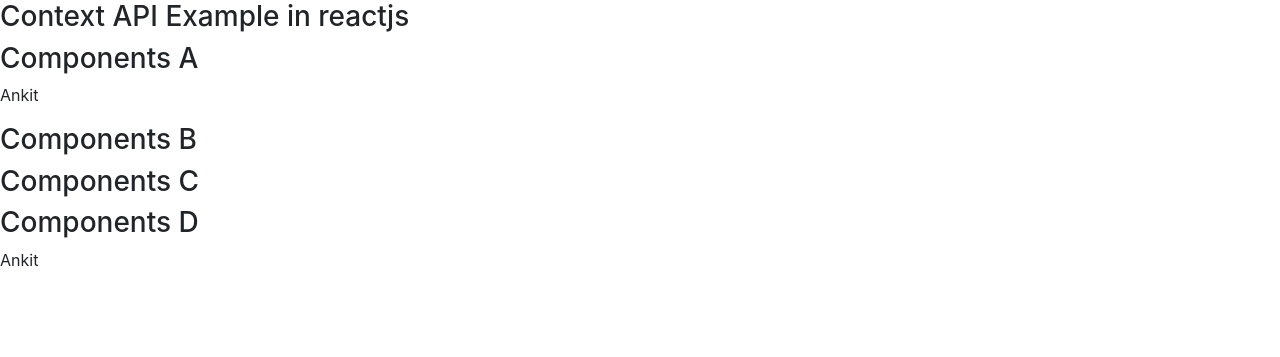
Repository: lalji-yadav/React-Context-API
Page: /a
The author's editor kept a copy of each file at every save. The page is drawn from the files as they stood at one save, then again after the next save.
The browser window is 1280 px wide. The pictures show the whole page.
The page's requests for data from a server got no answer. The project was rebuilt for these pictures with package versions that can differ from the ones it lists, and the page was loaded fresh each time. No one was signed in, and anything a server would have sent is missing. Also part of the build but not shown: src/App.css.

Above is the page before, as saved 2021-02-12 11:33:11.

After the next save:
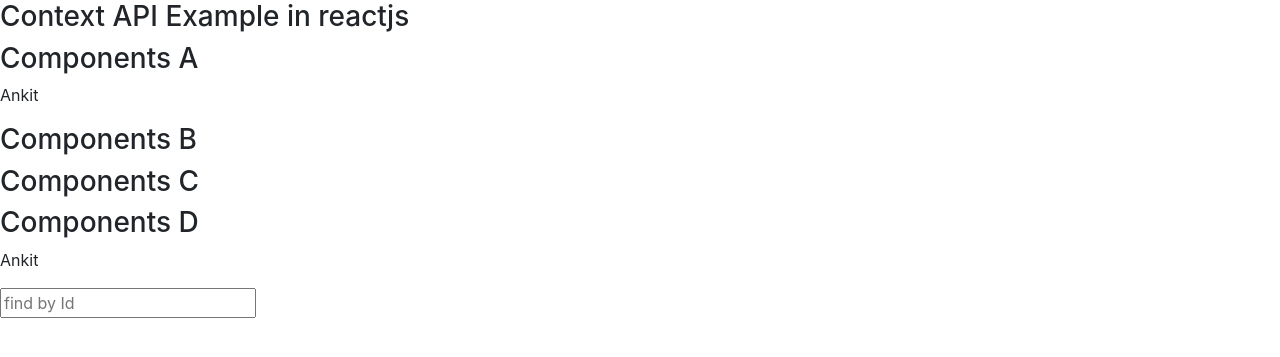
Saved 104 s later.
--- a/src/components/C.js
+++ b/src/components/C.js
@@ -19,6 +19,8 @@ const C = () => {
         <div>
              <h3> Components C </h3>
              <D />
+
+             <input type="text" placeholder="find by Id" value={data.id} onChange={(e)=>setData(e.target.value)} />
              {
                  data.map(item=> (<li key={item.id} >{item.name}</li>))
              }
